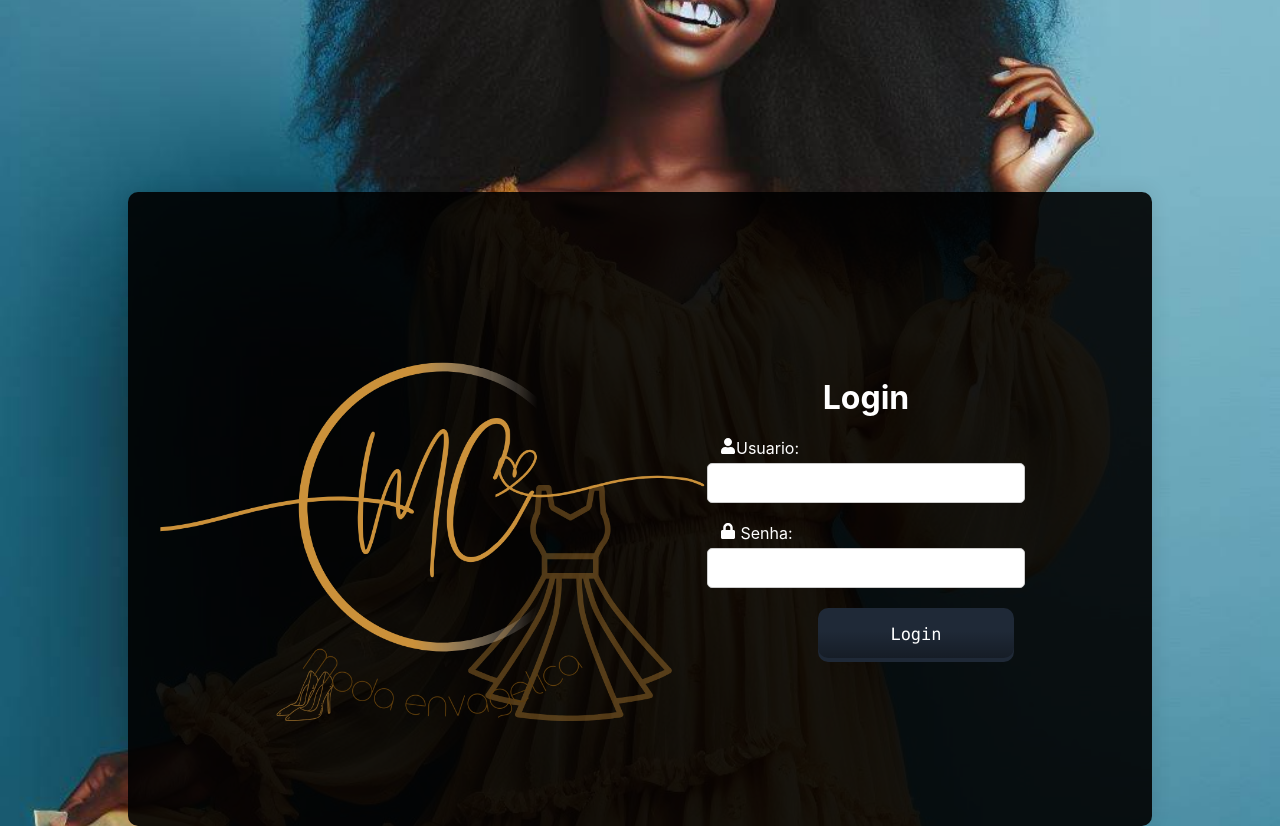
Repository: Mixchelle/ecommerce-moda-evangelica
Page: /login-admin
An editor plug-in stored every save of this project. The page is shown before and after the next save, followed by the edit.
The browser window is 1280 px wide. The pictures show the whole page.
The project was rebuilt for these pictures with package versions that can differ from the ones it lists, and the page was loaded fresh each time. Also part of the build but not shown: src/components/Header.js, src/components/CategoriesFilter.js, src/pages/Home.js, src/pages/Login.js, src/pages/Admin.js, src/pages/Cart.js.

Above is the page before, as saved 2024-04-29 22:18:15.

After the next save:
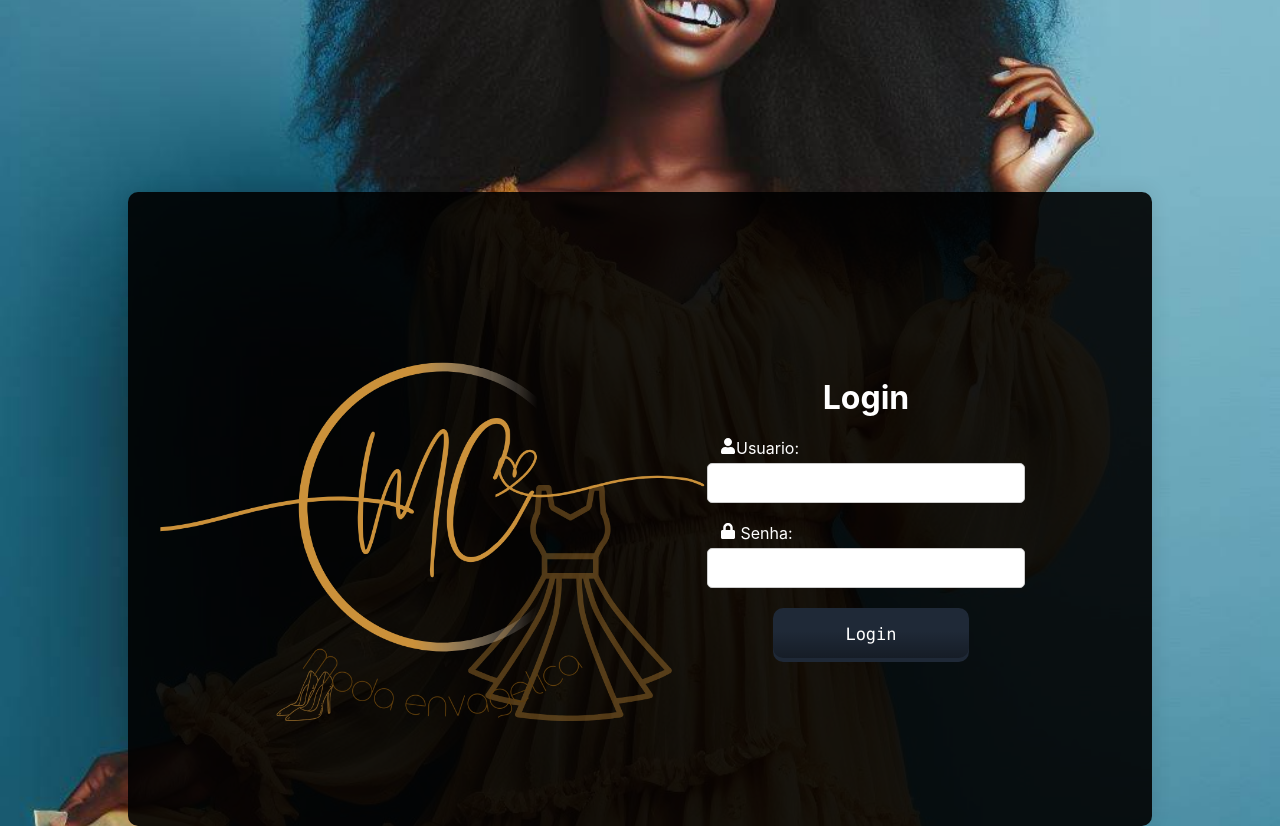
Saved 4 s later.
--- a/src/style/Login.css
+++ b/src/style/Login.css
@@ -80,7 +80,7 @@
   cursor: pointer;
   outline: none;
   transition: background-color 0.3s ease;
-  margin-left: 100px;
+  margin-left: 10px;
 }
 
 button:hover {
